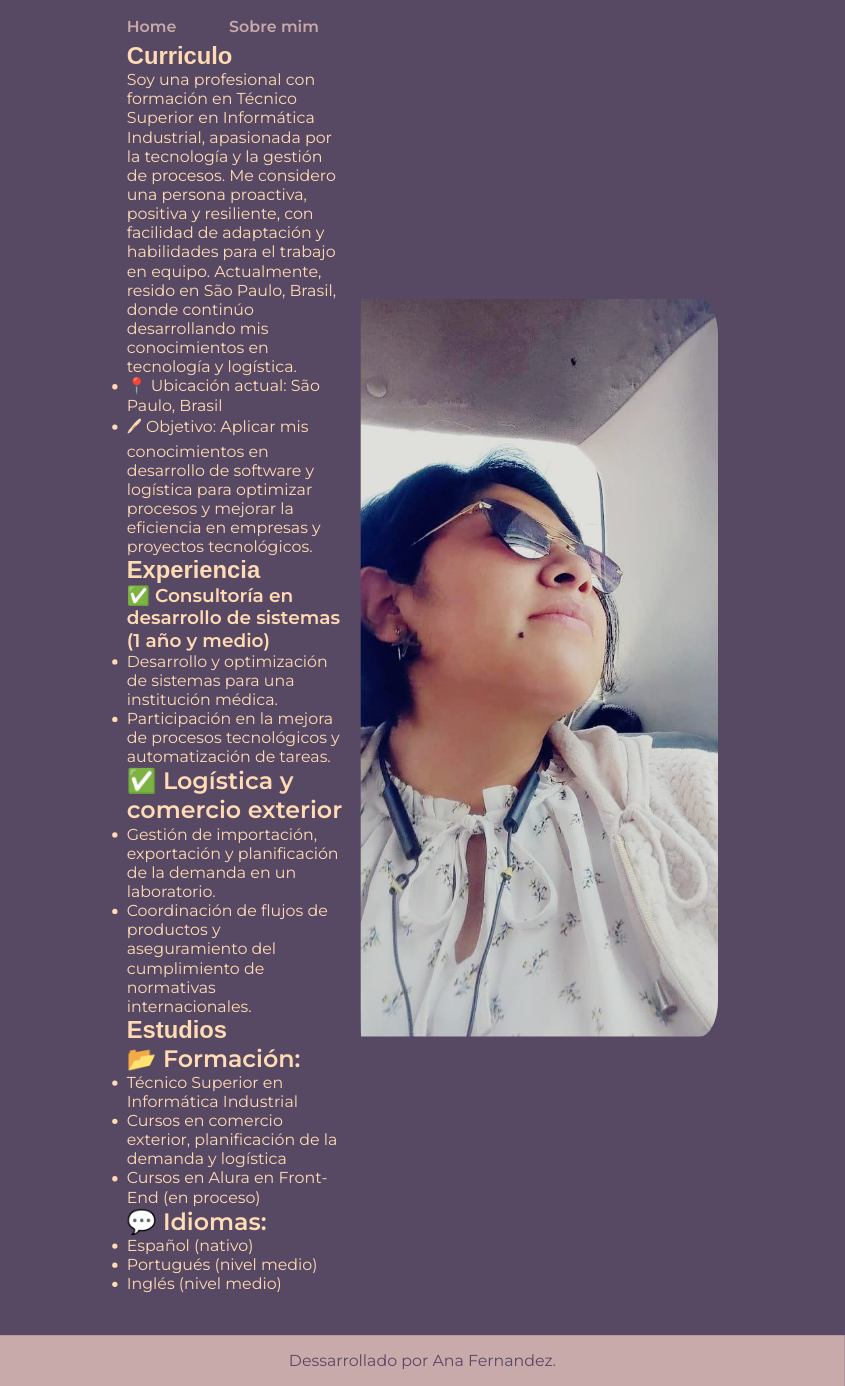
Repository: AnaFzCz/Portifolio-HTML-CSS-dinamico
Page: about.html
The author's editor kept a copy of each file at every save. The page is drawn from the files as they stood at one save, then again after the next save.
The browser window is 1280 px wide. The pictures show the whole page, at 66% of full size.
Some web fonts or font styles are not loaded; a fallback is used.

Above is the page before, as saved 2025-02-10 23:10:21.

After the next save:
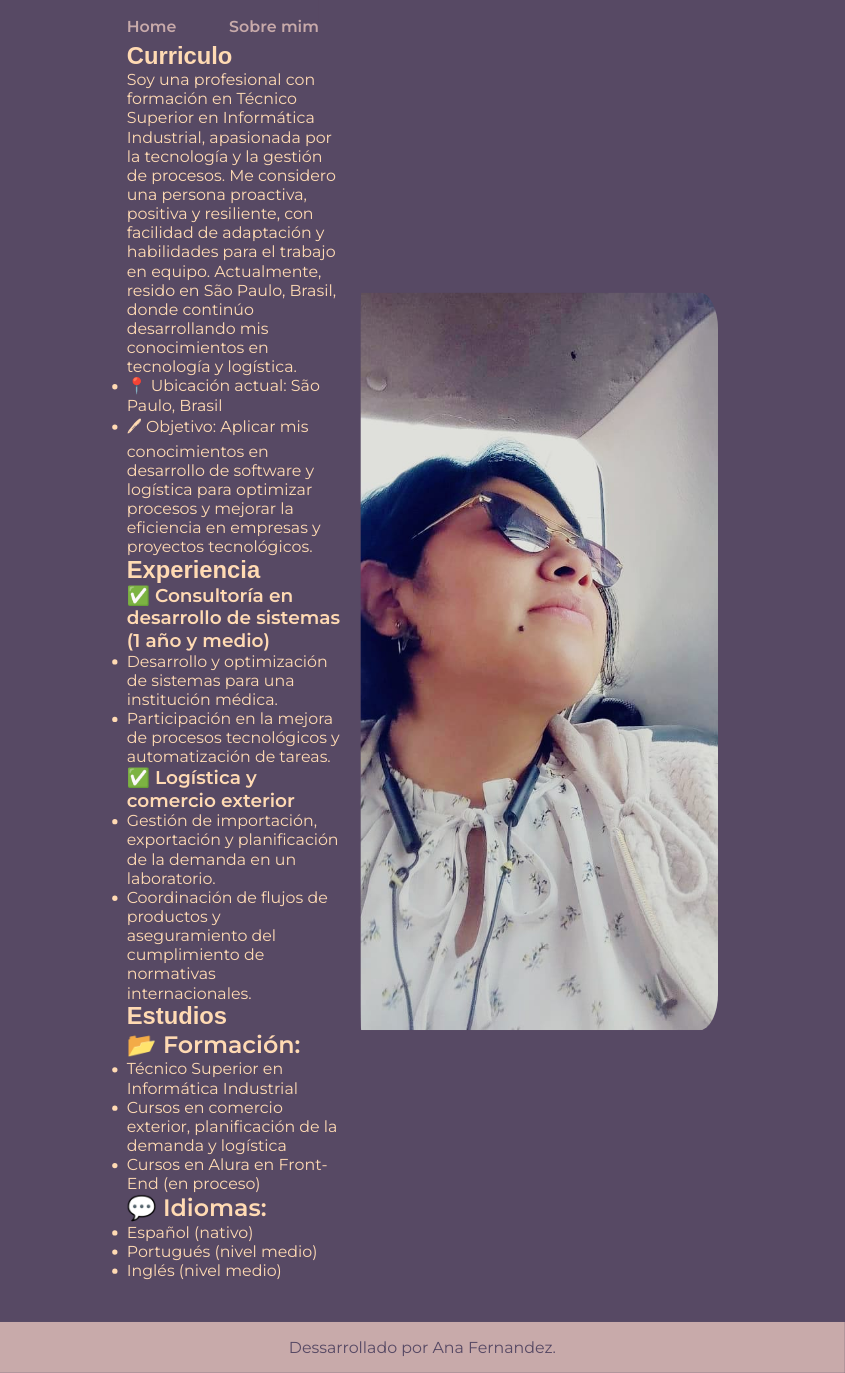
Saved 15 s later.
--- a/about.html
+++ b/about.html
@@ -44,7 +44,7 @@
                 <li>Desarrollo y optimización de sistemas para una institución médica.</li>
                 <li> Participación en la mejora de procesos tecnológicos y automatización de tareas.</li>
             </ul>
-            <h2>&#x2705 Logística y comercio exterior</h2>
+            <h3>&#x2705 Logística y comercio exterior</h3>
             <ul class="apresentacao__conteudo__texto">
                 <li>Gestión de importación, exportación y planificación de la demanda en un laboratorio.</li>
                 <li>Coordinación de flujos de productos y aseguramiento del cumplimiento de normativas internacionales.
